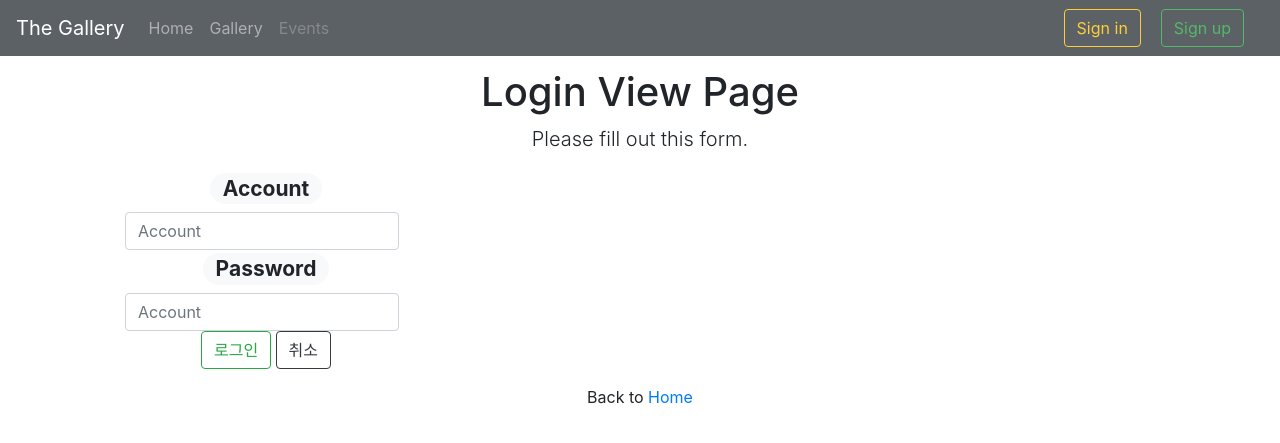
Repository: caramelsyrup/SpringProject1
Page: http://localhost/gallery/WEB-INF/views/customLogin.jsp
These files come from the project's save history. The page is drawn as it stood at one moment and after the next save; the edit follows.
The browser window is 1280 px wide. The pictures show the whole page.
The page is served by Tomcat 9. Nobody is signed in. The template is opened directly, without the code that normally fills it, so the values that code supplies are empty.

Above is the page before, as saved 2020-11-17 05:46:57.

After the next save:
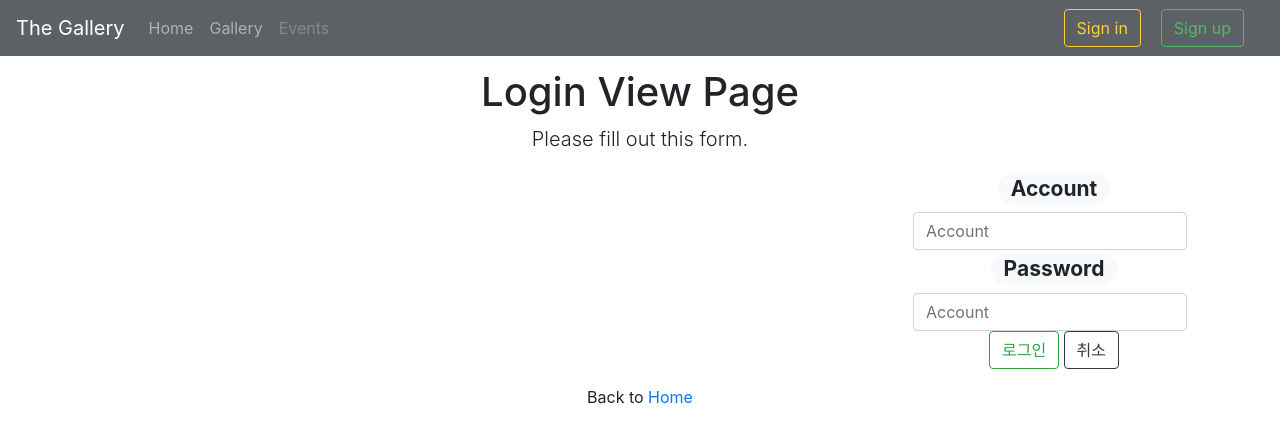
Saved 56 s later.
--- a/gallery/src/main/webapp/WEB-INF/views/customLogin.jsp
+++ b/gallery/src/main/webapp/WEB-INF/views/customLogin.jsp
@@ -7,7 +7,7 @@
     <h1 class="mt-5">Login View Page</h1>
     <p class="lead">Please fill out this form.</p>
     <form class="form-inline mt-2 mt-md-0" action="login" method="post" id="loginForm">
-    	<ul style="list-style: none;">
+    	<ul style="list-style: none; margin-left: auto;">
     		<li>
     			<h3><span class="badge badge-pill badge-light">Account</span></h3>
         		<input class="form-control mr-sm-2" type="text" placeholder="Account" aria-label="Search" name="username" id="username">
